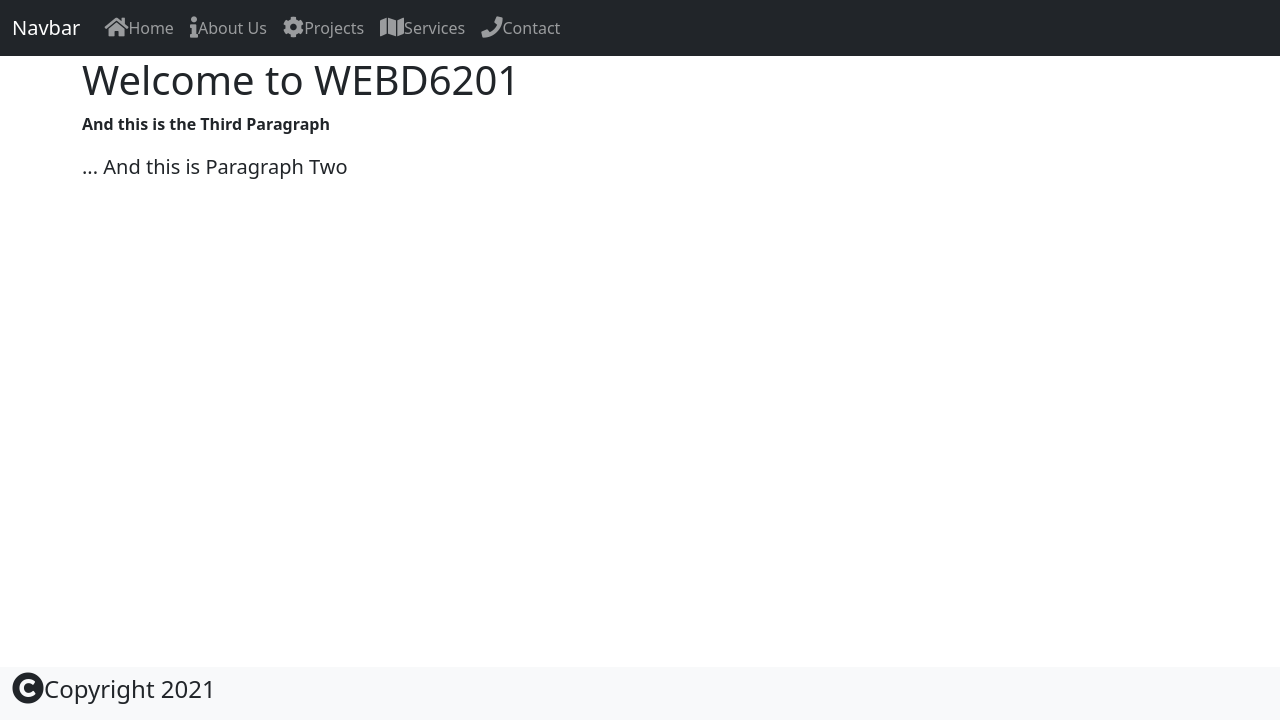
Repository: deividwsantoss/webd6201-W2021-ICE1
Page: Index.html
An editor plug-in stored every save of this project. The page is shown before and after the next save, followed by the edit.
The browser window is 1280 px wide. The pictures show the whole page.

Above is the page before, as saved 2021-02-02 11:30:29.

After the next save:
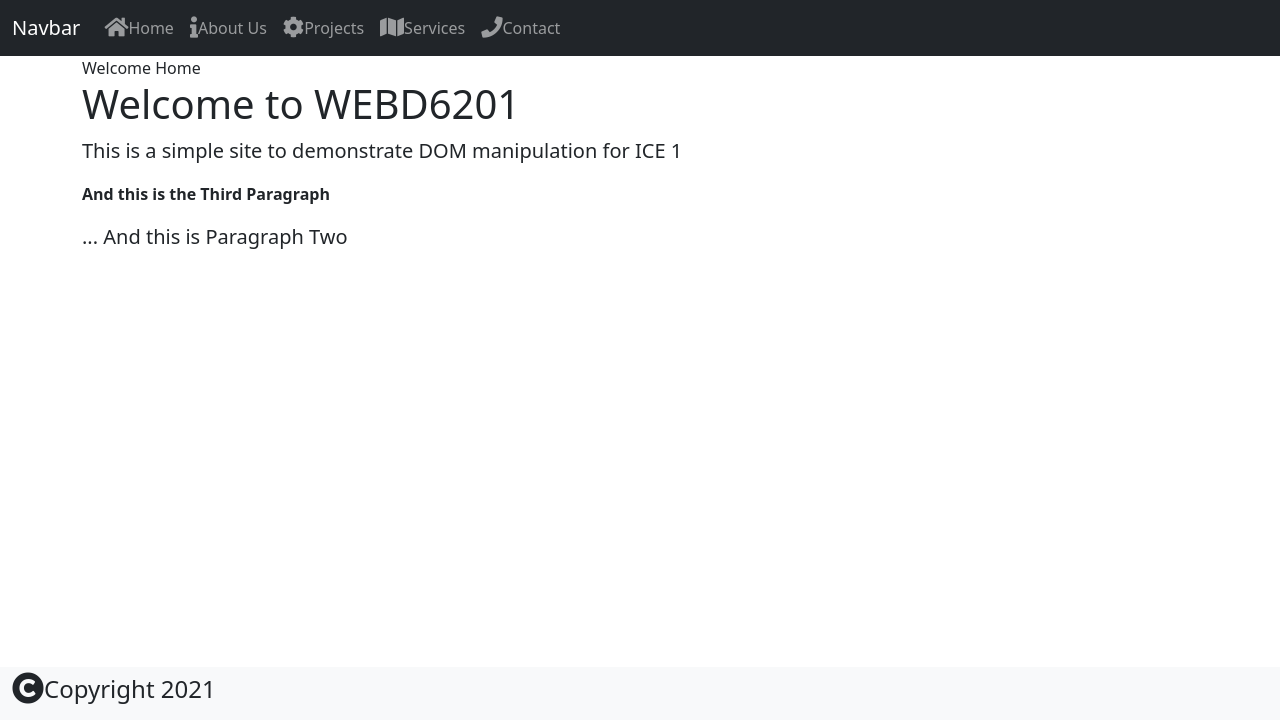
Saved 3 min 31 s later.
--- a/Scripts/app.js
+++ b/Scripts/app.js
@@ -47,10 +47,14 @@
         // Deletions
 
         //removing simple element
-        //paragraphOneElement.remove();
+        // paragraphOneElement.remove();
 
         //example of remove child
-        mainContent.removeChild(paragraphOneElement);
+        // mainContent.removeChild(paragraphOneElement);
+
+        // UPDATE - MODIFICATION
+
+        mainContent.firstChild.textContent = "Welcome Home";
 
 
     }
